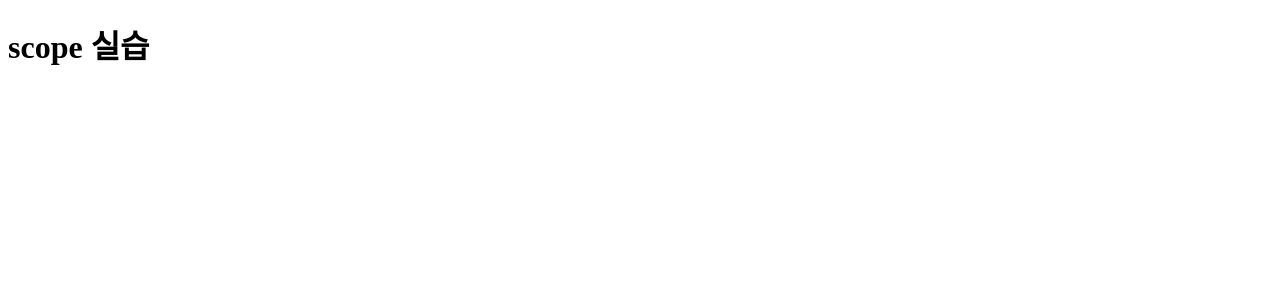
Repository: jb7959/struts_jsp_study
Page: http://localhost/08Chapter_useBean/scope.jsp
The author's editor kept a copy of each file at every save. The page is drawn from the files as they stood at one save, then again after the next save.
The browser window is 1280 px wide. The pictures show the whole page.
The page is served by Tomcat 9. Other server files are loaded and not shown.

Above is the page before, as saved 2015-10-06 10:40:23.

### 08Chapter_useBean/WebContent/scope.jsp
<%@ page language="java" contentType="text/html; charset=EUC-KR"
    pageEncoding="EUC-KR"%>
<!DOCTYPE html PUBLIC "-//W3C//DTD HTML 4.01 Transitional//EN" "http://www.w3.org/TR/html4/loose.dtd">
<html>
<head>
<meta http-equiv="Content-Type" content="text/html; charset=EUC-KR">
<title>scope 실습</title>
</head>
<body>
	<h1>scope 실습</h1>

	<%
		pageContext.setAttribute("scopeName", "pageScope 값");
		request.setAttribute("scopeName", "requestScope 값");
		session.setAttribute("scopeName", "sessionScope 값");
		application.setAttribute("scopeName", "applicationScope 값");

	%>

</body>
</html>

After the next save:
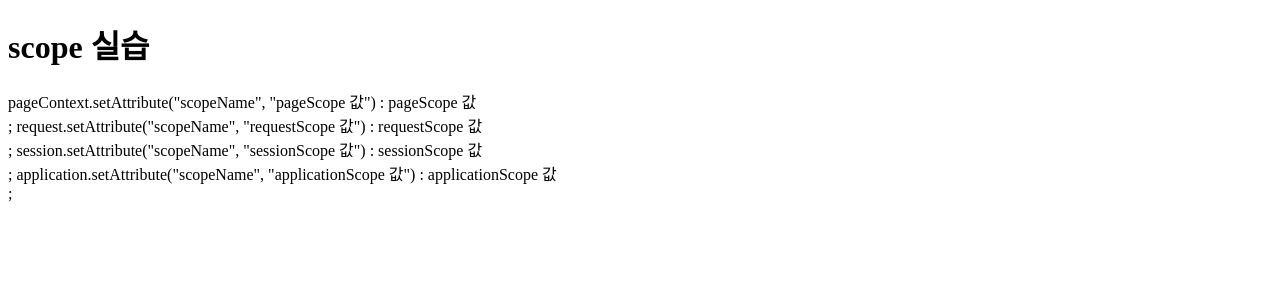
Saved 118 s later.
--- a/08Chapter_useBean/WebContent/scope.jsp
+++ b/08Chapter_useBean/WebContent/scope.jsp
@@ -17,5 +17,11 @@
 
 	%>
 
+		pageContext.setAttribute("scopeName", "pageScope 값") : ${pageScope.scopeName}<br>;
+		request.setAttribute("scopeName", "requestScope 값") : ${requestScope.scopeName}<br>;
+		session.setAttribute("scopeName", "sessionScope 값") : ${sessionScope.scopeName}<br>;
+		application.setAttribute("scopeName", "applicationScope 값") : ${applicationScope.scopeName}<br>;
+
+
 </body>
 </html>
